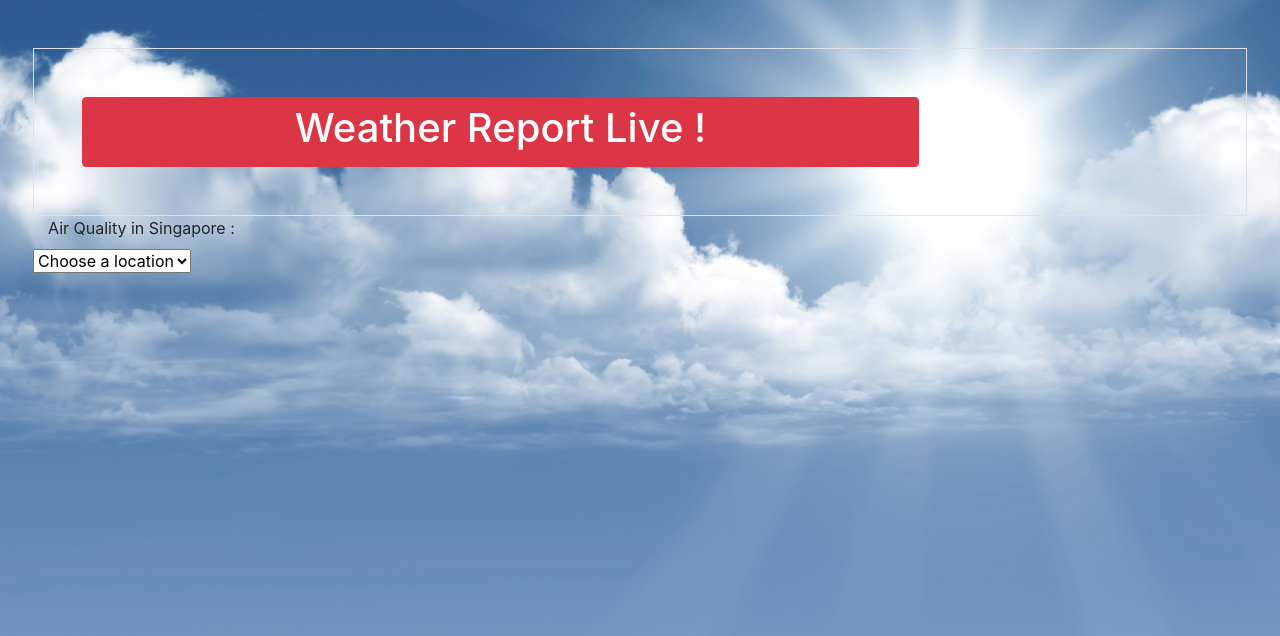
Repository: Code-Institute-Submissions/projectchen88-weatherForecast
Page: index.html
The author's editor kept a record of every edit. The page is drawn from the files as they stood at one moment, then again after the next edit.
The browser window is 1280 px wide. The pictures show the whole page.
The page's requests for data from a server got no answer.

Above is the page before.
Console error (its wording comes from the project's code and is left out).

### index.html
<!doctype html>
<html lang="en">

<head>
    <!-- Required meta tags -->
    <meta charset="utf-8">
    <meta name="viewport" content="width=device-width, initial-scale=1, shrink-to-fit=no">
    <!--AXIOS link-->
    <script src="https://unpkg.com/axios/dist/axios.min.js"></script>
    <!-- Bootstrap CSS -->
    <link rel="stylesheet" href="https://stackpath.bootstrapcdn.com/bootstrap/4.4.1/css/bootstrap.min.css" integrity="sha384-Vkoo8x4CGsO3+Hhxv8T/Q5PaXtkKtu6ug5TOeNV6gBiFeWPGFN9MuhOf23Q9Ifjh" crossorigin="anonymous">
    <!--Custom CSS-->
    <link rel="stylesheet" href="styles/style.css" type="text/css" />
    <title>Hello, world!</title>
</head>

<body>
    <main id='main-page' class='container-fluid p-5'>
        <div class="row">
            <div class="col-12 border p-5 ">
                <span class='btn btn-danger w-75'><h1>Weather Report Live ! </h1></span>
            </div>
        </div>
        <div class="row">
            <div class='col-12'> Air Quality in Singapore : <span id='status'></span></div>

            <hr/>

            <div>
                <div>
                    <select id="select">
                    <option>Choose a location</option>
                </select>
                </div>
                <div>
                    <p id='weather'></p>
                </div>
            </div>
        </div>
    </main>


    <!-- Optional JavaScript -->
    <!-- jQuery first, then Popper.js, then Bootstrap JS -->
    <script src="https://code.jquery.com/jquery-3.4.1.js" integrity="sha256-WpOohJOqMqqyKL9FccASB9O0KwACQJpFTUBLTYOVvVU=" crossorigin="anonymous"></script>
    <script src="https://cdn.jsdelivr.net/npm/popper.js@1.16.0/dist/umd/popper.min.js" integrity="sha384-Q6E9RHvbIyZFJoft+2mJbHaEWldlvI9IOYy5n3zV9zzTtmI3UksdQRVvoxMfooAo" crossorigin="anonymous"></script>
    <script src="https://stackpath.bootstrapcdn.com/bootstrap/4.4.1/js/bootstrap.min.js" integrity="sha384-wfSDF2E50Y2D1uUdj0O3uMBJnjuUD4Ih7YwaYd1iqfktj0Uod8GCExl3Og8ifwB6" crossorigin="anonymous"></script>
    <!--Custom JS script-->
    <script type="text/javascript" src="scripts/script.js"></script>
</body>

</html>

### scripts/script.js
/*  global $ axios */

var source1 = "https://api.data.gov.sg/v1/environment/2-hour-weather-forecast"
var source2 = "https://api.data.gov.sg/v1/environment/4-day-weather-forecast"
var forecastData =[]
var tempData =[]
var option =[]
var status


//AXIO TO GET DATA FROM JSON FILE (local)
function getForecast(callback) {
  axios.get(source1)
    .then(function(response) {
      let result = response.data;
      console.log(result)
      callback(result)
    })
}
function getTemp(callback) {
  axios.get(source2)
    .then(function(response) {
      let result = response.data.items[0].forecasts;
      console.log(result)
      callback(result)
    })
}
function displayDailyForecast( day ) {
  document.getElementById("forecast-title").innerHTML="Weather Forecast for date : " +tempData[day].date
  document.getElementById("forecast").innerHTML=tempData[day].forecast
  document.getElementById("humidity-high").innerHTML=tempData[day].relative_humidity.high
  document.getElementById("humidity-low").innerHTML=tempData[day].relative_humidity.low
  document.getElementById("temperature-high").innerHTML=tempData[day].temperature.high
  document.getElementById("temperature-low").innerHTML=tempData[day].temperature.low
  document.getElementById("wind-direction").innerHTML="The wind will be blowing in the "+tempData[day].wind.direction+" direction"
  document.getElementById("wind-speed-high").innerHTML=tempData[day].wind.speed.high
  document.getElementById("wind-speed-low").innerHTML=tempData[day].wind.speed.low

}
getTemp(function(data){
  tempData = data;
  tempData.count = 0 // tracker for the day result that is displayed
  displayDailyForecast (tempData.count)
  document.getElementById("forecast").innerHTML=tempData[0].forecast
})

getForecast( function(data) {
    forecastData = data
    status = forecastData.api_info.status
    document.getElementById("status").innerHTML = status;

    let forecastsArea = forecastData.items[0].forecasts

    var select = document.getElementById("select");
    for (let item in forecastsArea) {
      var el = document.createElement("option");
      el.textContent = forecastsArea[item].area;
      el.value = forecastsArea[item].area;
      select.appendChild(el);
    }
})

$ (function () {
  // $('#prev-day').hide();

  // Set the date of today to be displayed
  var d = new Date();
  var weekday = new Array(7);
  weekday[0] = "Sunday";
  weekday[1] = "Monday";
  weekday[2] = "Tuesday";
  weekday[3] = "Wednesday";
  weekday[4] = "Thursday";
  weekday[5] = "Friday";
  weekday[6] = "Saturday";
  var strDate = weekday[d.getDay()] + " : " + d.getDate() + " Day " + (d.getMonth()+1) + " Month " + d.getFullYear() + " Year " ;
  $('#dateToday').text(strDate)

  // Detect for change in option change in selection of area and display the weather
  $('#select').change(function(){
    // displayWeather()
    let forecastsArea = forecastData.items[0].forecasts
    for (let item in forecastsArea) {
      var select = $('#select').val()
      if (select == forecastsArea[item].area)
      $('#weather').text("The weather at "+ forecastsArea[item].area +" is expected to be "+forecastsArea[item].forecast)
    }
  })

  // Detect for change to view. forecast for next day
  $('#next-day').click( function () {
    if (tempData.count < 3) {
      tempData.count ++ ;
      displayDailyForecast(tempData.count)
      if (tempData.count >= 3) {
        // $('#next-day').hide()
      }
      $('#prev-day').text('<<')
    }
    else {
      $('#next-day').text('>>|')
    }
  })

  $('#prev-day').on('click', function () {
   if (tempData.count >= 0) {
      tempData.count -- ;
      displayDailyForecast(tempData.count)
      if (tempData.count <= 0 ) {
        $('#next-day').text(">>")
      }
      $('#prev-day').text('|<<')
    }
  })
})

Loaded but not shown: styles/style.css (common file)

After the next edit:
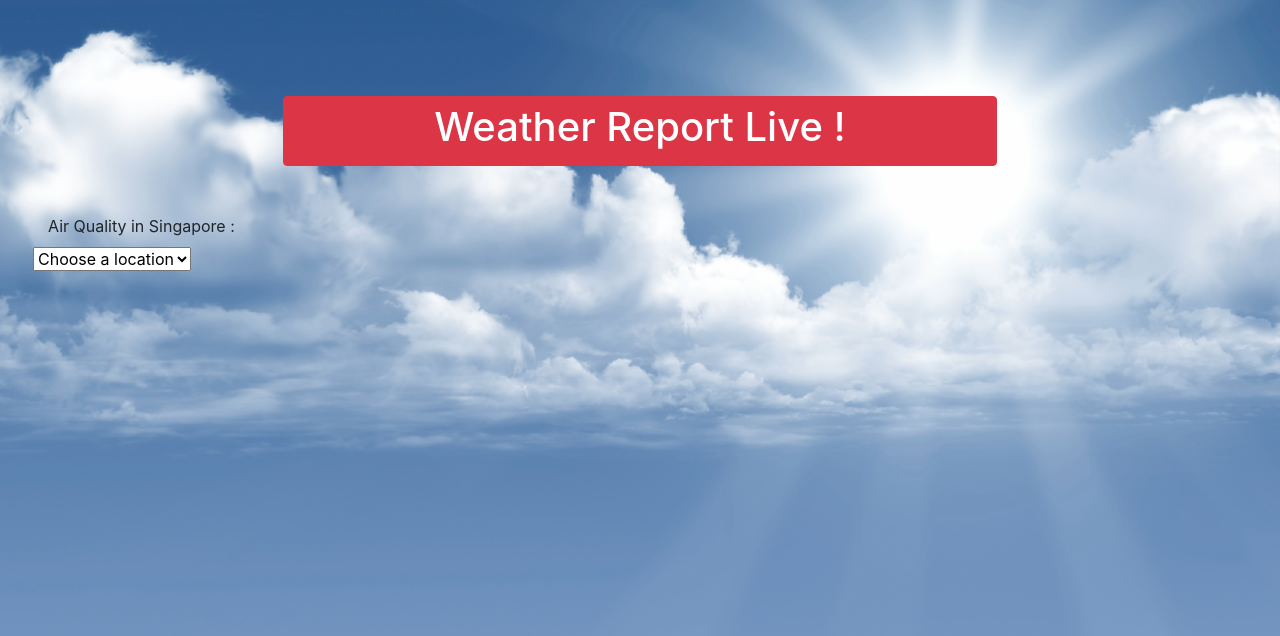
The edit:
--- a/index.html
+++ b/index.html
@@ -17,8 +17,8 @@
 <body>
     <main id='main-page' class='container-fluid p-5'>
         <div class="row">
-            <div class="col-12 border p-5 ">
-                <span class='btn btn-danger w-75'><h1>Weather Report Live ! </h1></span>
+            <div class="col-8 p-5 mx-auto">
+                <span class='btn btn-danger w-100'><h1>Weather Report Live ! </h1></span>
             </div>
         </div>
         <div class="row">
